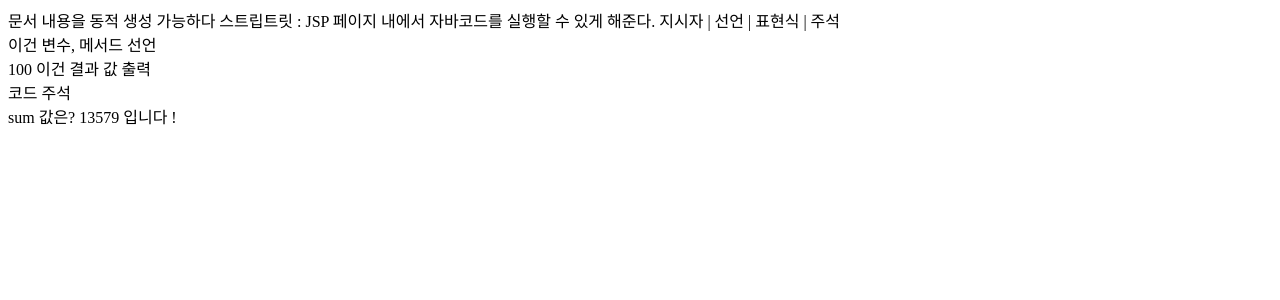
Repository: hyejux/JSP_STUDY
Page: http://localhost/JSPPractice2/JSP_ex1.jsp
The author's editor kept a copy of each file at every save. The page is drawn from the files as they stood at one save, then again after a run of saves.
The browser window is 1280 px wide. The pictures show the whole page.
The page is served by Tomcat 9.

Above is the page before, as saved 2025-01-07 14:44:34.

After the next 2 saves:
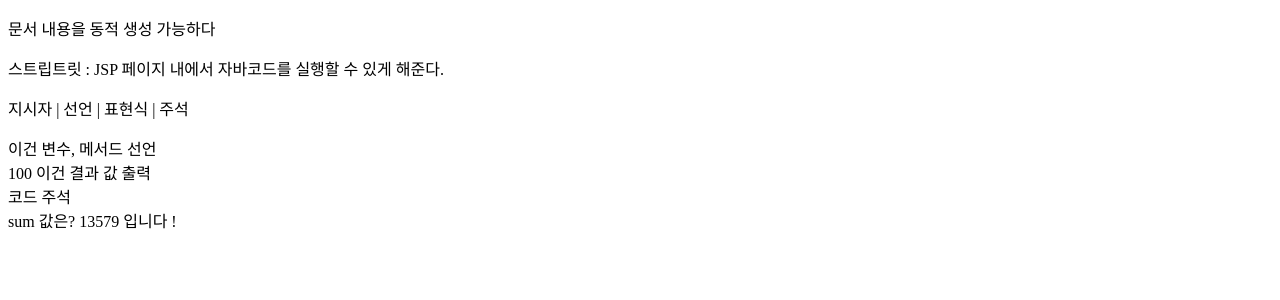
The 2 saves are shown as one change because they came seconds apart.
The last was saved 30 s later.
--- a/JSPPractice2/src/main/webapp/JSP_ex1.jsp
+++ b/JSPPractice2/src/main/webapp/JSP_ex1.jsp
@@ -9,9 +9,9 @@
 <body>
 
 <div>
-문서 내용을 동적 생성 가능하다
-스트립트릿 : JSP 페이지 내에서 자바코드를 실행할 수 있게 해준다.
-지시자 | 선언 | 표현식 | 주석
+<p> 문서 내용을 동적 생성 가능하다 </p>
+<p> 스트립트릿 : JSP 페이지 내에서 자바코드를 실행할 수 있게 해준다.</p>
+<p> 지시자 | 선언 | 표현식 | 주석 </p>
 </div>
 
 <!-- ----------------------------------- -->
